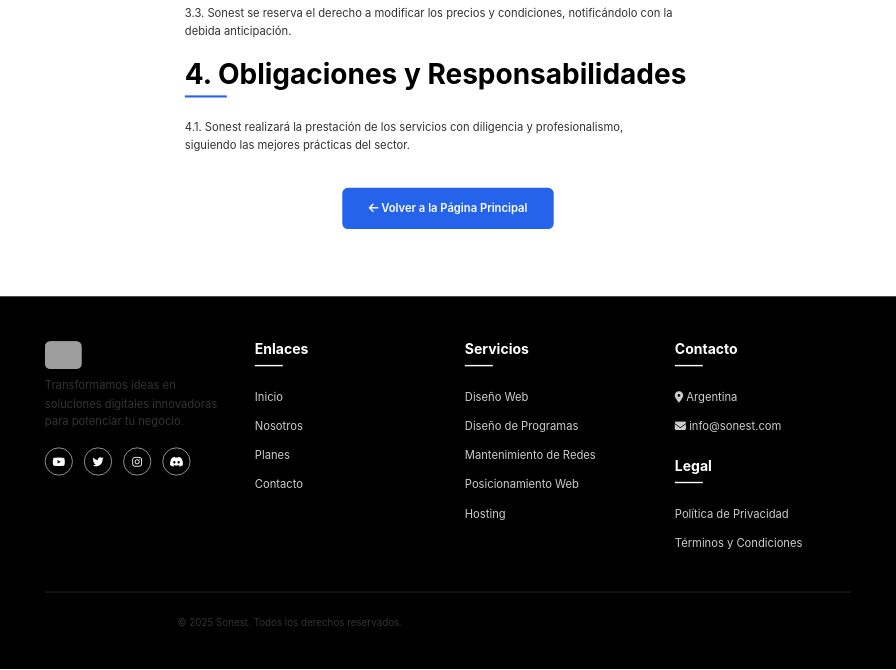
Repository: FabriDevelope/sonest
Page: terminos-y-condiciones-de-uso.html
The author's editor kept a copy of each file at every save. The page is drawn from the files as they stood at one save, then again after the next save.
The browser window is 1280 px wide. The pictures show the part of the page from y = 1185 to 3105 px (the page is 2142 px tall before and 3259 px after), at 70% of full size.
Pictures or frames that could not be fetched are drawn as grey boxes.

Above is the page before, as saved 2025-08-03 01:53:30.

After the next save:
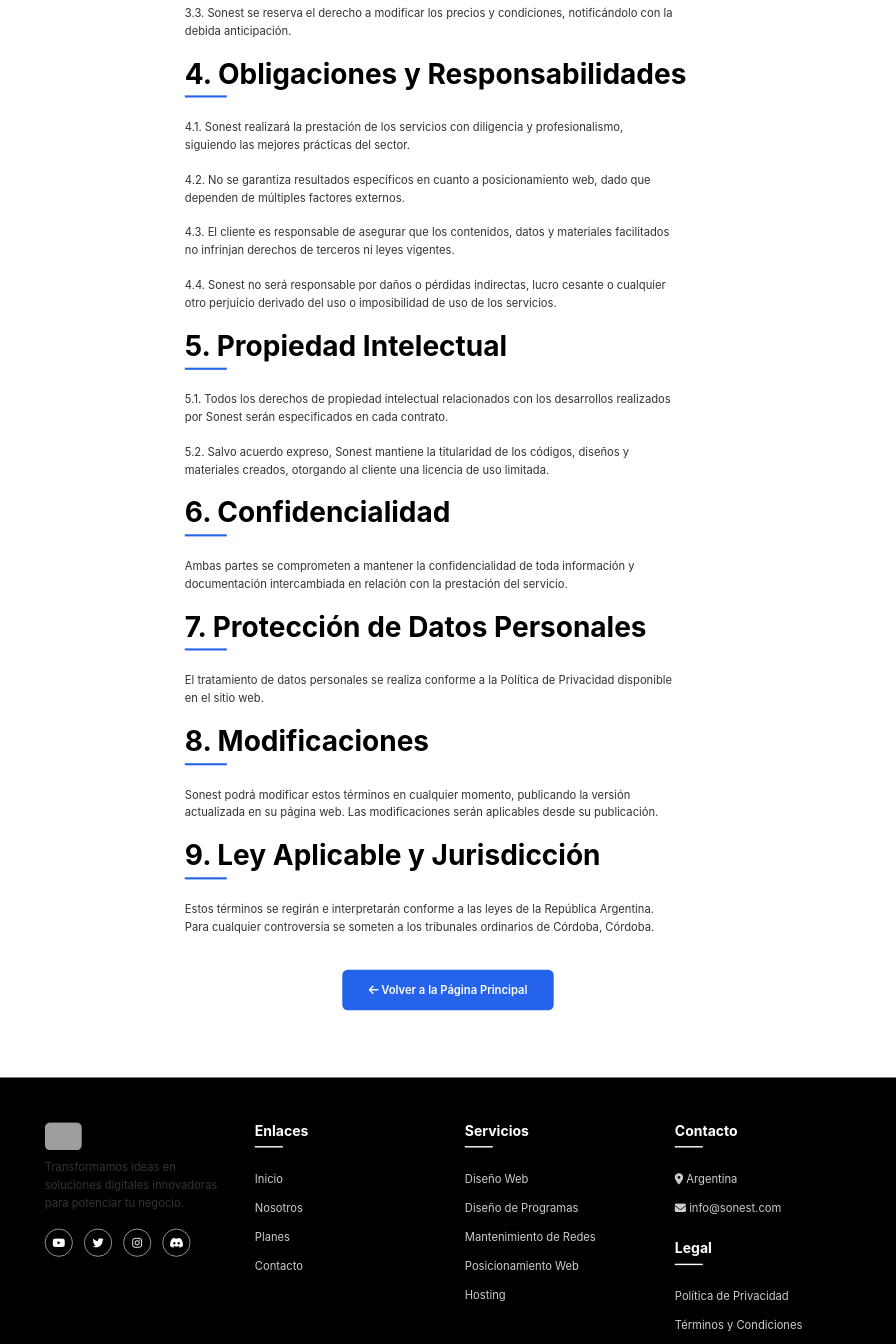
Saved 2 min 24 s later.
--- a/terminos-y-condiciones-de-uso.html
+++ b/terminos-y-condiciones-de-uso.html
@@ -283,6 +283,25 @@
 
             <h2>4. Obligaciones y Responsabilidades</h2>
             <p>4.1. Sonest realizará la prestación de los servicios con diligencia y profesionalismo, siguiendo las mejores prácticas del sector.</p>
+            <p>4.2. No se garantiza resultados específicos en cuanto a posicionamiento web, dado que dependen de múltiples factores externos.</p>
+            <p>4.3. El cliente es responsable de asegurar que los contenidos, datos y materiales facilitados no infrinjan derechos de terceros ni leyes vigentes.</p>
+            <p>4.4. Sonest no será responsable por daños o pérdidas indirectas, lucro cesante o cualquier otro perjuicio derivado del uso o imposibilidad de uso de los servicios.</p>
+
+            <h2>5. Propiedad Intelectual</h2>
+            <p>5.1. Todos los derechos de propiedad intelectual relacionados con los desarrollos realizados por Sonest serán especificados en cada contrato.</p>
+            <p>5.2. Salvo acuerdo expreso, Sonest mantiene la titularidad de los códigos, diseños y materiales creados, otorgando al cliente una licencia de uso limitada.</p>
+
+            <h2>6. Confidencialidad</h2>
+            <p>Ambas partes se comprometen a mantener la confidencialidad de toda información y documentación intercambiada en relación con la prestación del servicio.</p>
+
+            <h2>7. Protección de Datos Personales</h2>
+            <p>El tratamiento de datos personales se realiza conforme a la Política de Privacidad disponible en el sitio web.</p>
+
+            <h2>8. Modificaciones</h2>
+            <p>Sonest podrá modificar estos términos en cualquier momento, publicando la versión actualizada en su página web. Las modificaciones serán aplicables desde su publicación.</p>
+
+            <h2>9. Ley Aplicable y Jurisdicción</h2>
+            <p>Estos términos se regirán e interpretarán conforme a las leyes de la República Argentina. Para cualquier controversia se someten a los tribunales ordinarios de Córdoba, Córdoba.</p>
 
             <!-- Resto del contenido -->
 
